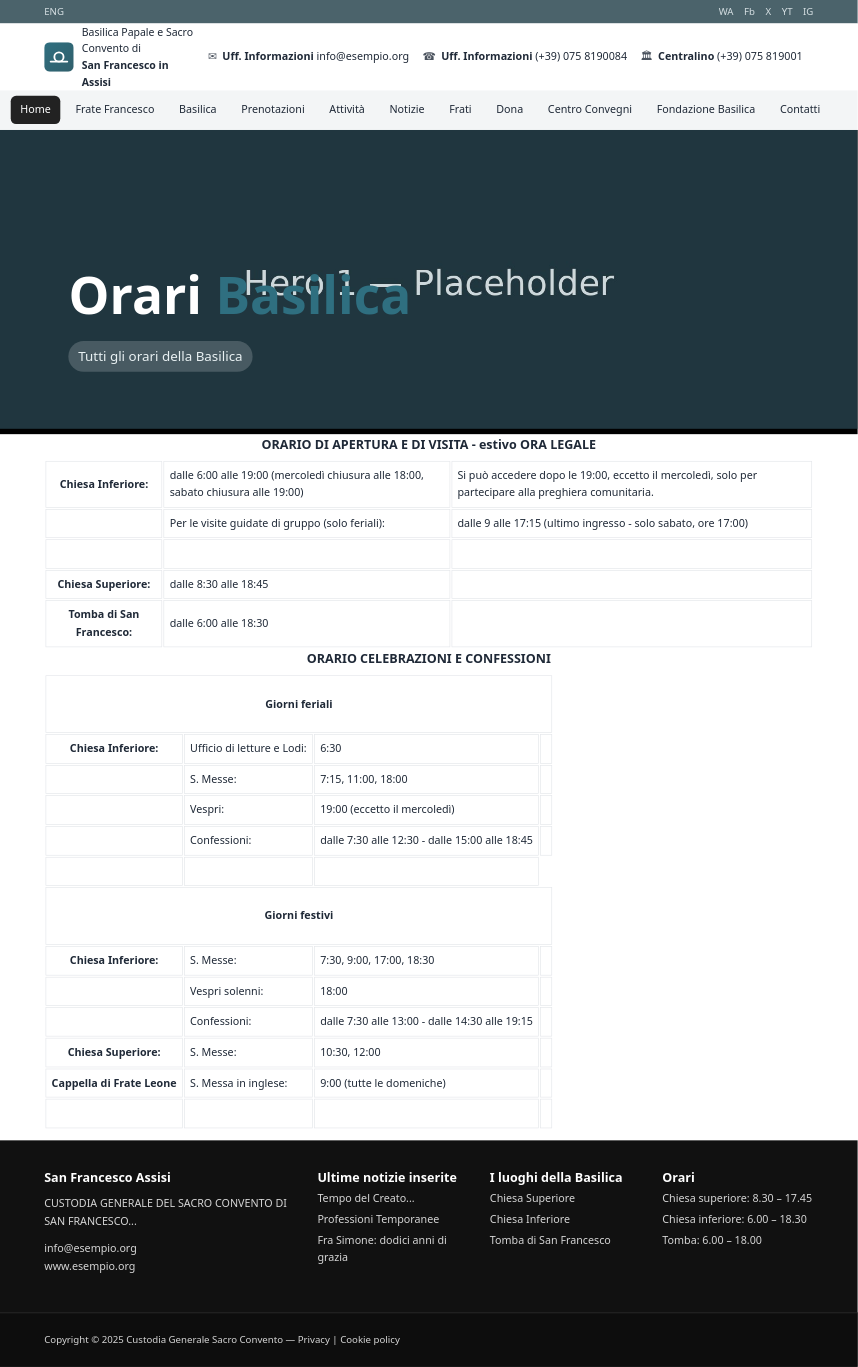
Repository: leacappello/basilica-platform-project
Page: pages/orari.html
These files come from the project's save history. The page is drawn as it stood at one moment and after the next save; the edit follows.
The browser window is 1280 px wide. The pictures show the whole page, at 67% of full size.

Above is the page before, as saved 2025-09-15 12:02:16.
Console error (its wording comes from the project's code and is left out).

### pages/orari.html
<!DOCTYPE html>
<html lang="it" class="no-js">

<head>
    <meta charset="utf-8" />
    <meta name="viewport" content="width=device-width, initial-scale=1" />
    <meta name="description"
        content="Basilica — Portale gemello (look & feel dimostrativo, contenuti e immagini originali)">
    <title>Basilica — Progetto gemello</title>

    <!-- Foglio di stile principale -->
    <link rel="stylesheet" href="../assets/styles.css" />

    <!-- Se JS è attivo, rimuoviamo la classe .no-js (utile per fallback menu) -->
    <script>document.documentElement.classList.remove('no-js');</script>
</head>

<body>

    <!-- ======================================================================
       TOPBAR: lingua + social (banda superiore sottile)
       ====================================================================== -->
    <div class="topbar">
        <div class="container topbar__inner">
            <div class="topbar__lang">
                <a href="#" aria-label="Versione in inglese">ENG</a>
            </div>
            <div class="topbar__social" aria-label="Social">
                <a href="#" aria-label="WhatsApp" title="WhatsApp">WA</a>
                <a href="#" aria-label="Facebook" title="Facebook">Fb</a>
                <a href="#" aria-label="X" title="X">X</a>
                <a href="#" aria-label="YouTube" title="YouTube">YT</a>
                <a href="#" aria-label="Instagram" title="Instagram">IG</a>
            </div>
        </div>
    </div>

    <!-- ======================================================================
       HEADER (masthead): logo + contatti rapidi + hamburger mobile
       Sticky con nav principale subito sotto
       ====================================================================== -->
    <header class="masthead">
        <div class="container masthead__inner">
            <!-- BRAND: logo + denominazione (il logo è decorativo; il nome è testuale) -->
            <a class="brand" href="#home" aria-label="Vai alla Home">
                <img src="images/logo.svg" alt="" class="brand__logo" aria-hidden="true" />
                <span class="brand__name">
                    Basilica Papale e Sacro Convento di<br />
                    <strong>San Francesco in Assisi</strong>
                </span>
            </a>

            <!-- CONTATTI RAPIDI: tre blocchi -->
            <ul class="masthead__contacts" aria-label="Contatti rapidi">
                <li>
                    <span class="ic" aria-hidden="true">✉</span>
                    <div>
                        <strong>Uff. Informazioni</strong>
                        <a href="mailto:info@esempio.org">info@esempio.org</a>
                    </div>
                </li>
                <li>
                    <span class="ic" aria-hidden="true">☎</span>
                    <div>
                        <strong>Uff. Informazioni</strong>
                        <a href="tel:+390758190084">(+39) 075 8190084</a>
                    </div>
                </li>
                <li>
                    <span class="ic" aria-hidden="true">🏛</span>
                    <div>
                        <strong>Centralino</strong>
                        <a href="tel:+39075819001">(+39) 075 819001</a>
                    </div>
                </li>
            </ul>

            <!-- HAMBURGER per mobile -->
            <button id="menu-button" class="menu-button" aria-controls="primary-nav" aria-expanded="false">
                <span class="sr-only">Apri/chiudi menu</span>
                <span aria-hidden="true" class="menu-icon"></span>
            </button>
        </div>

        <!-- NAV PRINCIPALE (mega-nav semplificato con sottomenù a tendina) -->
        <nav id="primary-nav" class="nav" aria-label="Navigazione principale">
            <ul class="nav__root">
                <li class="is-active"><a href="#home">Home</a></li>

                <li class="has-sub">
                    <a href="#frate">Frate Francesco</a>
                    <ul class="nav__sub">
                        <li><a href="#">Storia di un santo</a></li>
                        <li><a href="#">Scritti</a></li>
                    </ul>
                </li>

                <li class="has-sub">
                    <a href="#basilica">Basilica</a>
                    <ul class="nav__sub">
                        <li><a href="#">Chiesa superiore</a></li>
                        <li><a href="#">Chiesa inferiore</a></li>
                        <li><a href="#">Cripta</a></li>
                    </ul>
                </li>

                <li class="has-sub">
                    <a href="#prenotazioni">Prenotazioni</a>
                    <ul class="nav__sub">
                        <li><a href="#">Visite individuali</a></li>
                        <li><a href="#">Gruppi</a></li>
                    </ul>
                </li>

                <li class="has-sub">
                    <a href="#attivita">Attività</a>
                    <ul class="nav__sub">
                        <li><a href="#">Pastorale</a></li>
                        <li><a href="#">Cultura</a></li>
                    </ul>
                </li>

                <li><a href="#notizie">Notizie</a></li>

                <li class="has-sub">
                    <a href="#frati">Frati</a>
                    <ul class="nav__sub">
                        <li><a href="#">Comunità</a></li>
                    </ul>
                </li>

                <li class="has-sub">
                    <a href="#dona">Dona</a>
                    <ul class="nav__sub">
                        <li><a href="#">Come donare</a></li>
                    </ul>
                </li>

                <li><a href="#centro">Centro Convegni</a></li>
                <li><a href="#fondazione">Fondazione Basilica</a></li>
                <li><a href="#contatti">Contatti</a></li>
            </ul>
        </nav>
    </header>

    <!-- ======================================================================
       HERO: slider immagini + titolo
       ====================================================================== -->
    <div class="main-content">

        <section id="home" class="hero" aria-label="Sezione introduttiva">
            <div class="hero__slides">
                <figure class="hero__slide is-active">
                    <img src="../images/hero-1.jpg" alt="Affreschi della Basilica" loading="eager">
                    <figcaption>
                        <h1>Orari <span class="accent">
                            Basilica</span></h1>
                        <p class="pill">Tutti gli orari della Basilica</p>
                    </figcaption>
                </figure>
            </div>
        </section>

        <section>
            <div class="container">
                <div class="row">
                    <div class="">
                        <h3 align="center">ORARIO DI APERTURA E DI VISITA - estivo ORA LEGALE</h3>
                        <table class="orari">
                            <tbody>
                                <tr>
                                    <th scope="col">Chiesa Inferiore:</th>
                                    <td>dalle 6:00 alle 19:00 (mercoledì chiusura alle 18:00, sabato chiusura alle
                                        19:00)</td>
                                    <td>Si può accedere dopo le 19:00, eccetto il mercoledì, solo per partecipare alla
                                        preghiera comunitaria.</td>
                                </tr>
                                <tr>
                                    <td>&nbsp;</td>
                                    <td>Per le visite guidate di gruppo (solo feriali):</td>
                                    <td>dalle 9 alle 17:15 (ultimo ingresso - solo sabato, ore 17:00)</td>
                                </tr>
                                <tr>
                                    <td>&nbsp;</td>
                                    <td></td>
                                    <td></td>
                                </tr>
                                <tr>
                                    <th>Chiesa Superiore:</th>
                                    <td>dalle 8:30 alle 18:45</td>
                                    <td></td>
                                </tr>
                                <tr>
                                    <th>Tomba di San Francesco:</th>
                                    <td>dalle 6:00 alle 18:30</td>
                                    <td></td>
                                </tr>
                            </tbody>
                        </table>

                        <h3 align="center">ORARIO CELEBRAZIONI E CONFESSIONI</h3>

                        <table class="orari">
                            <tbody>
                                <tr>
                                    <th colspan="4">
                                        <center>
                                            <h4>Giorni feriali</h4>
                                        </center>
                                    </th>
                                </tr>
                                <tr>
                                    <th>Chiesa Inferiore:</th>
                                    <td>Ufficio di letture e Lodi:</td>
                                    <td>6:30</td>
                                    <td></td>
                                </tr>
                                <tr>
                                    <th>&nbsp;</th>
                                    <td>S. Messe:</td>
                                    <td>7:15, 11:00, 18:00</td>
                                    <td></td>
                                </tr>
                                <tr>
                                    <th>&nbsp;</th>
                                    <td>Vespri:</td>
                                    <td>19:00 (eccetto il mercoledì)</td>
                                    <td></td>
                                </tr>
                                <tr>
                                    <th>&nbsp;</th>
                                    <td>Confessioni:</td>
                                    <td>dalle 7:30 alle 12:30 - dalle 15:00 alle 18:45</td>
                                    <td></td>
                                </tr>
                                <tr>
                                    <td>&nbsp;</td>
                                    <td></td>
                                    <td></td>
                                </tr>
                                <tr>
                                    <th colspan="4">
                                        <center>
                                            <h4>Giorni festivi</h4>
                                        </center>
                                    </th>
                                </tr>
                                <tr>
                                    <th>Chiesa Inferiore:</th>
                                    <td>S. Messe:</td>
                                    <td>7:30, 9:00, 17:00, 18:30</td>
                                    <td></td>
                                </tr>
                                <tr>
                                    <th>&nbsp;</th>
                                    <td>Vespri solenni:</td>
                                    <td>18:00</td>
                                    <td></td>
                                </tr>
                                <tr>
                                    <th>&nbsp;</th>
                                    <td>Confessioni:</td>
                                    <td>dalle 7:30 alle 13:00 - dalle 14:30 alle 19:15</td>
                                    <td></td>
                                </tr>
                                <tr>
                                    <th>Chiesa Superiore:</th>
                                    <td>S. Messe:</td>
                                    <td>10:30, 12:00</td>
                                    <td></td>
                                </tr>
                                <tr>
                                    <th>Cappella di Frate Leone</th>
                                    <td>S. Messa in inglese:</td>
                                    <td>9:00 (tutte le domeniche)</td>
                                    <td></td>
                                </tr>
                                <tr>
                                    <td>&nbsp;</td>
                                    <td></td>
                                    <td></td>
                                    <td></td>
                                </tr>
                            </tbody>
                        </table>
                        <p></p>
                    </div>
                </div>
            </div>
        </section>
    </div>


    <!-- ======================================================================
       FOOTER “mega”: 4 colonne + riga legale con anno dinamico
       ====================================================================== -->
    <footer class="site-footer" role="contentinfo">
        <div class="container footer__grid">
            <section>
                <h3 class="footer__title">San Francesco Assisi</h3>
                <p>CUSTODIA GENERALE DEL SACRO CONVENTO DI SAN FRANCESCO...</p>
                <p>
                    <a href="mailto:info@esempio.org">info@esempio.org</a><br>
                    <a href="https://www.esempio.org">www.esempio.org</a>
                </p>
            </section>

            <section>
                <h3 class="footer__title">Ultime notizie inserite</h3>
                <ul class="footer__list">
                    <li><a href="#">Tempo del Creato...</a></li>
                    <li><a href="#">Professioni Temporanee</a></li>
                    <li><a href="#">Fra Simone: dodici anni di grazia</a></li>
                </ul>
            </section>

            <section>
                <h3 class="footer__title">I luoghi della Basilica</h3>
                <ul class="footer__list">
                    <li><a href="#">Chiesa Superiore</a></li>
                    <li><a href="#">Chiesa Inferiore</a></li>
                    <li><a href="#">Tomba di San Francesco</a></li>
                </ul>
            </section>

            <section>
                <h3 class="footer__title">Orari</h3>
                <ul class="footer__list">
                    <li>Chiesa superiore: 8.30 – 17.45</li>
                    <li>Chiesa inferiore: 6.00 – 18.30</li>
                    <li>Tomba: 6.00 – 18.00</li>
                </ul>
            </section>
        </div>

        <div class="footer__legal">
            <div class="container">
                <p>Copyright © <span id="year"></span> Custodia Generale Sacro Convento — <a href="#">Privacy</a> | <a
                        href="#">Cookie policy</a></p>
            </div>
        </div>
    </footer>

    <!-- Script frontend: toggle menu, slider, evidenziazione link, anno -->
    <script src="../assets/script.js"></script>
</body>

</html>

Loaded but not shown: assets/script.js (113 lines, source omitted); assets/styles.css (227 lines, source omitted)

After the next save:
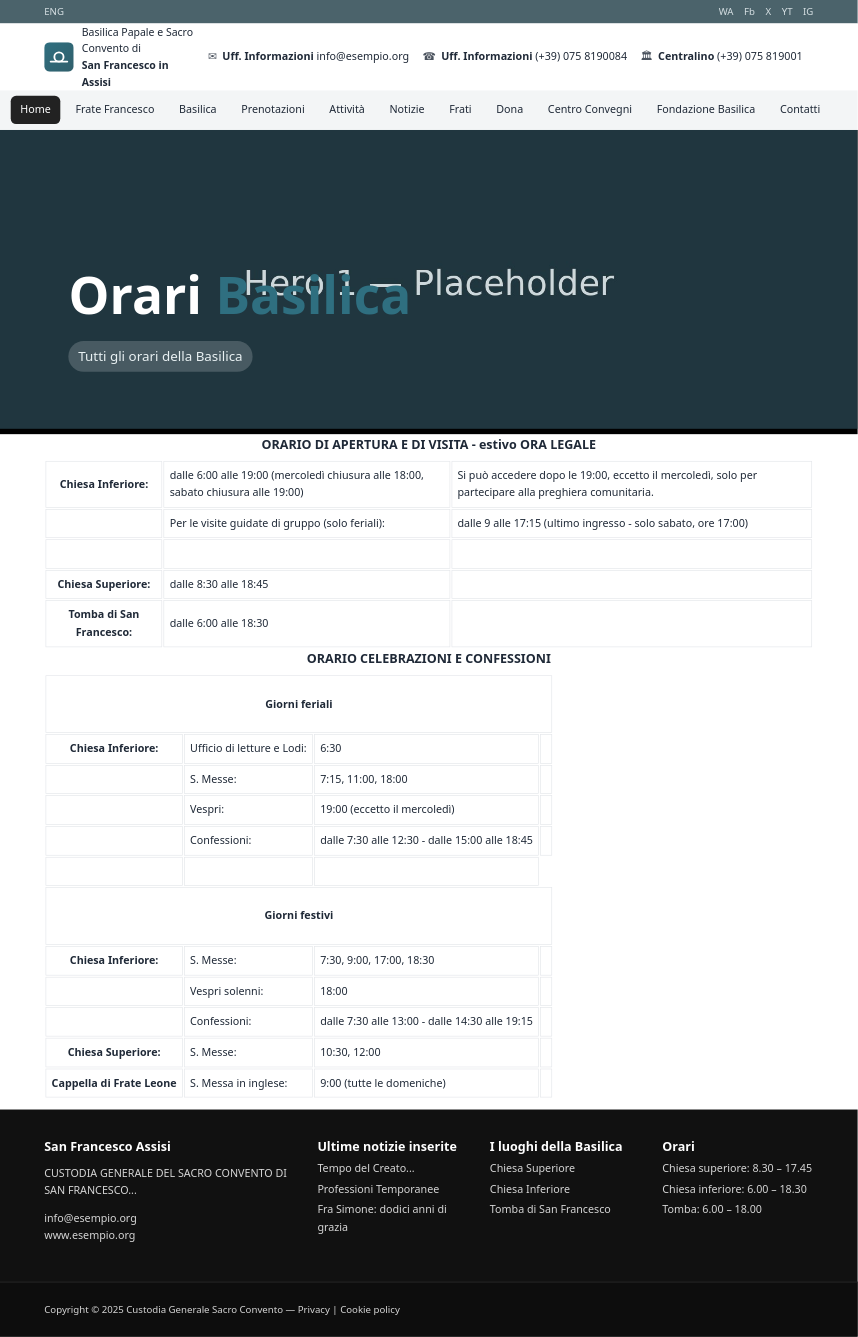
Saved 9 s later.
--- a/pages/orari.html
+++ b/pages/orari.html
@@ -199,7 +199,6 @@
                         </table>
 
                         <h3 align="center">ORARIO CELEBRAZIONI E CONFESSIONI</h3>
-
                         <table class="orari">
                             <tbody>
                                 <tr>
@@ -273,12 +272,6 @@
                                     <th>Cappella di Frate Leone</th>
                                     <td>S. Messa in inglese:</td>
                                     <td>9:00 (tutte le domeniche)</td>
-                                    <td></td>
-                                </tr>
-                                <tr>
-                                    <td>&nbsp;</td>
-                                    <td></td>
-                                    <td></td>
                                     <td></td>
                                 </tr>
                             </tbody>
